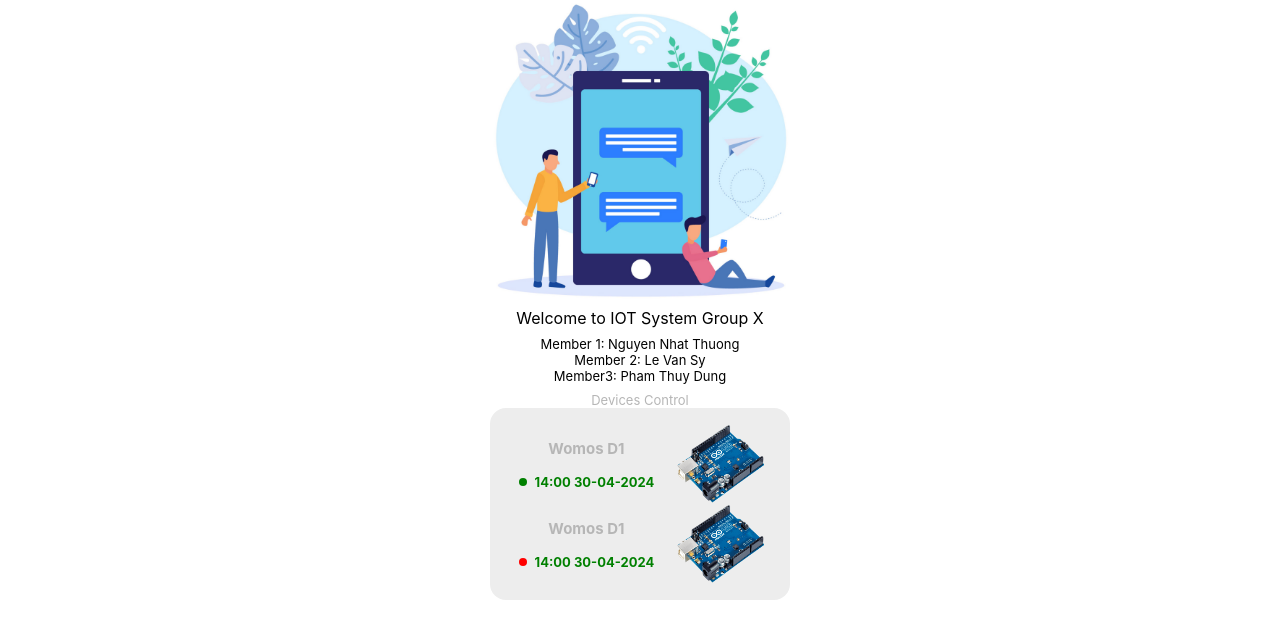
Repository: ngnhthuong/IOT_LAB
Page: /
The author's editor kept a copy of each file at every save. The page is drawn from the files as they stood at one save, then again after the next save.
The browser window is 1280 px wide. The pictures show the whole page.
The project was rebuilt for these pictures with package versions that can differ from the ones it lists, and the page was loaded fresh each time.

Above is the page before, as saved 2024-04-23 15:14:52.

### src/App.js
import "./App.css";
import backgroundIMG from "./assets/img/background.png"
import arduinor3IMG from "./assets/img/arduinor3.png"
function App() {
  return (
    <div className="main">
      <div className="back-head">
        <img className="img-back" src={backgroundIMG}></img>
      </div>
      <div className="welcome-name">Welcome to IOT System Group X</div>
      <div className="member-name">
        <div className="member">Member 1: Nguyen Nhat Thuong</div>
        <div className="member">Member 2: Le Van Sy</div>
        <div className="member">Member3: Pham Thuy Dung</div>
      </div>
      <div className="device">Devices Control</div>
      <div className="main_device">
        <div className="device">
          <div className="info">
            <div className="name">Womos D1</div>

            <div className="time-status">
              <div className="status-green"></div>
              <div className="time-green">14:00 30-04-2024</div>
            </div>
          </div>
          <div className="device_img">
            <img className="device_img-child" src={arduinor3IMG}></img>
          </div>
        </div>
        <div className="device">
          <div className="info">
            <div className="name">Womos D1</div>

            <div className="time-status">
              <div className="status-red"></div>
              <div className="time-red">14:00 30-04-2024</div>
            </div>
          </div>
          <div className="device_img">
            <img className="device_img-child" src={arduinor3IMG}></img>
          </div>
        </div>
      </div>
    </div>
  );
}

export default App;

### src/App.css
* {
  margin: 0;
  padding: 0;
  box-sizing: border-box;
}

.main{
  width: 100vw;
  height: 100vh;
  display: flex;
  align-items: center;
  flex-direction: column;
}

.welcome-name{
  display: flex;
  justify-content: center;
  padding: 0.5rem;
}

.member-name{
  display: flex;
  flex-direction: column;
  font-size: 13px;
  align-items: center;
  padding-bottom: 0.5rem;
}

.member{
  display: flex;
  left: 0;
}

.device{
  font-size: 13px;
  color: rgb(182, 182, 182);
  left: 0;
  display: flex;
  flex-direction: row;
}

.main_device{
  width: 300px;
  height: auto;
  background-color: rgb(237, 237, 237);
  border-radius: 1rem;
  padding: 1rem;
}

.info{
  display: flex;
  justify-content: center;
  flex-direction: column;
  gap: 1rem;
  width: 60%;
  height: 5rem;
  align-items: center;
}

.name{
  font-weight: bold;
  font-size: 15px;
}

.time-status{
  display: flex;
  align-items: center;
  flex-direction: row;
  gap: 0.5rem;
}

.time-green{
  color: green;
  font-weight: bold;
}

.time-red {
  color: green;
  font-weight: bold;
}

.status-green{
  width: 0.5rem;
  height: 0.5rem;
  background-color: green;
  border-radius:100px ;
}

.status-red {
  width: 0.5rem;
  height: 0.5rem;
  background-color: red;
  border-radius: 100px;
}

.device_img{
  width: 40%;
  height: 5rem;
}

.back-head{
  width: 300px;
  height: 300px;
  background-color: aqua;
  overflow: hidden;
}

.img-back{
  width: 300px;
  height: 300px;
}

.device_img-child{
  width: 100%;
  height: 100%;
}

Loaded but not shown: public/index.html (common file); src/index.js (common file); src/index.css (common file)

After the next save:
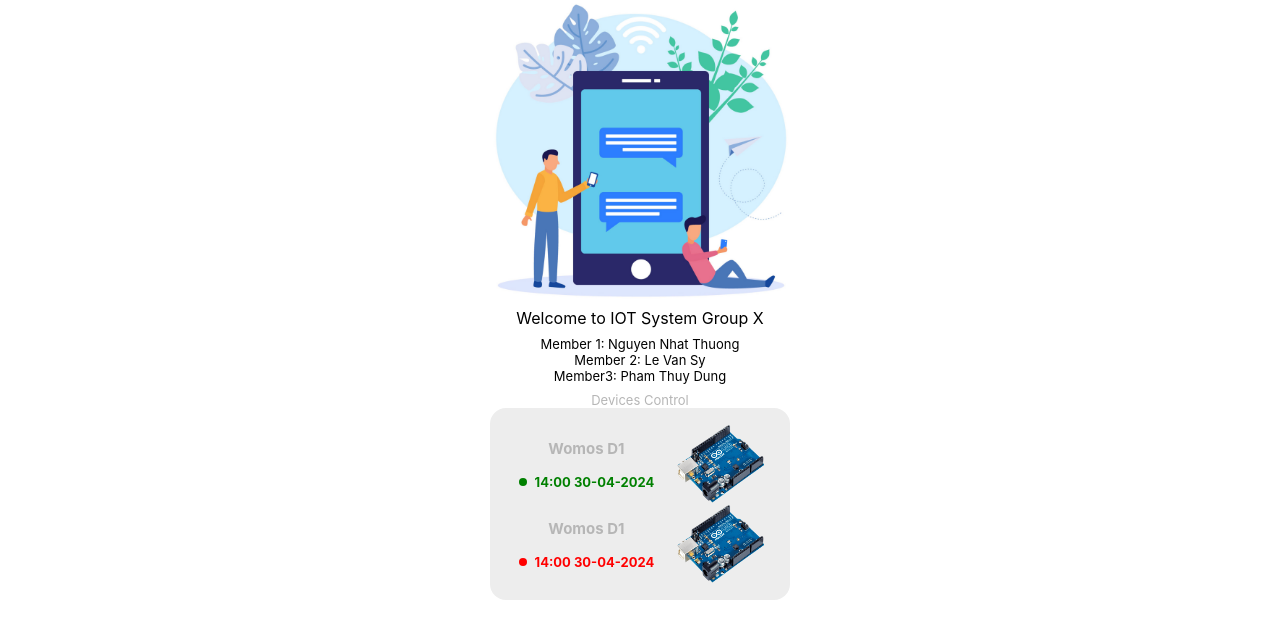
Saved 6 s later.
--- a/src/App.css
+++ b/src/App.css
@@ -75,7 +75,7 @@
 }
 
 .time-red {
-  color: green;
+  color: red;
   font-weight: bold;
 }
 
